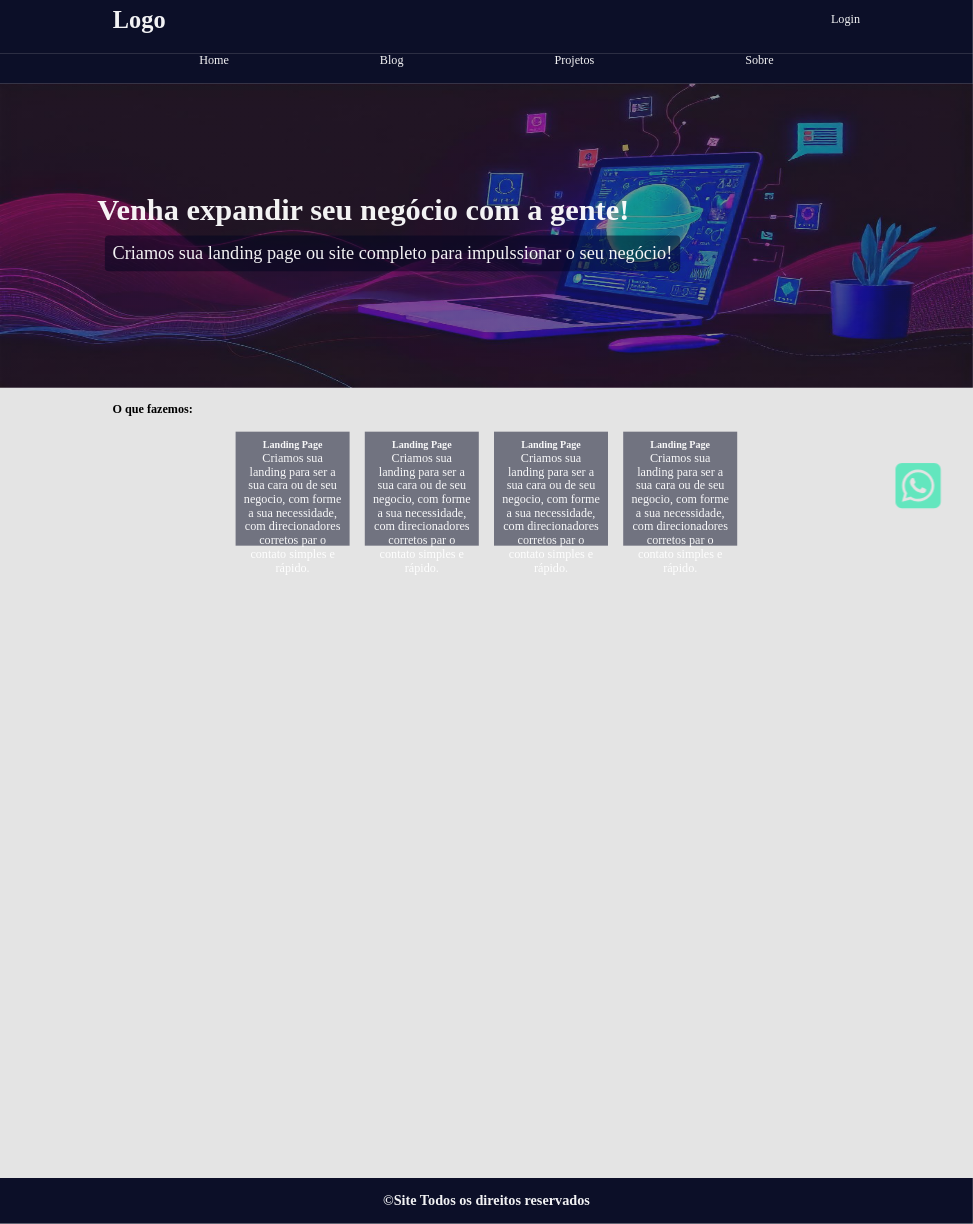
Repository: SauloMorais01/mysitefront-end
Page: index.html
An editor plug-in stored every save of this project. The page is shown before and after the next save, followed by the edit.
The browser window is 1280 px wide. The pictures show the whole page, at 76% of full size.
Some web libraries are served in a nearby version.

Above is the page before, as saved 2024-11-02 20:28:53.

### index.html
<!DOCTYPE html>
<html lang="pt-br">
<head>
    <meta charset="UTF-8">
    <meta name="viewport" content="width=device-width, initial-scale=1.0">
    <title>Titulo - status</title>
    <link rel="stylesheet" href="./src/css/style.css">
    <script src="./src/js/utils.js"></script>
    <script src="https://kit.fontawesome.com/0869671a59.js" crossorigin="anonymous"></script>
</head>
<body>
    <header class="primary-color hd-color-white">
        <div class="container">
            <div class="top-box flex">
                <div class="logo">
                    <a class="hd-color-white" href="/"><h1>Logo</h1></a>
                </div>
                <div class="login">
                    <a class="hd-color-white" href="/">Login</a>
                </div>
                <div class="hover-btn" id="hover-btn">
                    <i class="fa-solid fa-bars"></i>
                </div>
            </div>
        </div>
    </header>

    <section id="menu" class="sticky-top primary-color hd-color-white">
            <div class="container center">
                <a href="/">Home</a>
                <a href="./src/pages/blog.html">Blog</a>
                <a href="/">Projetos</a>
                <a href="/">Sobre</a>
            </div>
    </section>

    <section id="modal-mobile-menu" class="modal-mobile-menu hidden">
        <div class="container center">
            <div class="modal-div">
                <a class="hd-color-white" href="/">Home</a>
            </div>
            <div class="modal-div">
                <a class="hd-color-white" href="./src/pages/blog.html">Blog</a>
            </div>
           <div class="modal-div">
                <a class="hd-color-white" href="/">Projetos</a>
           </div>
            <div class="modal-div">
                <a class="hd-color-white" href="/">Sobre</a>
            </div>
        </div>
    </section>

    <main>
        <section class="info-top">
            <div class="container hd-color-white">
                <div class="info-top-top">
                    <h1>Venha expandir seu negócio com a gente!</h1>
                </div>
                <div class="info-top-p">
                    <p>Criamos sua landing page ou site completo para impulssionar o seu negócio!</p>
                </div>
            </div>
        </section>

        <section class="workflow">
            <div class="container">
                <div class="workflow-title">
                    <h4>O que fazemos:</h4>
                </div>

                <div class="workflow-content grid-temp">
                    <div class="box-workflow hd-color-white center">
                        <h5>Landing Page</h5>
                        <p>Criamos sua landing para ser a sua cara ou de seu negocio, com forme a sua necessidade, com direcionadores corretos par o contato simples e rápido.</p>
                    </div>

                    <div class="box-workflow hd-color-white center">
                        <h5>Landing Page</h5>
                        <p>Criamos sua landing para ser a sua cara ou de seu negocio, com forme a sua necessidade, com direcionadores corretos par o contato simples e rápido.</p>
                    </div>

                    <div class="box-workflow hd-color-white center">
                        <h5>Landing Page</h5>
                        <p>Criamos sua landing para ser a sua cara ou de seu negocio, com forme a sua necessidade, com direcionadores corretos par o contato simples e rápido.</p>
                    </div>

                    <div class="box-workflow hd-color-white center"><h5>Landing Page</h5>
                        <p>Criamos sua landing para ser a sua cara ou de seu negocio, com forme a sua necessidade, com direcionadores corretos par o contato simples e rápido.</p>
                    </div>
                </div>
            </div>
        </section>
    </main>

    <div class="divisor">

    </div>

    <footer class="primary-color center">
        <h3 class="hd-color-white">&copy;<strong>Site</strong> Todos os direitos reservados</h3>
    </footer>

    <div class="whatsapp-icon">
        <a href="https://wa.me/qr/ADJPBWX6RRFOD1"><img src="./src/img/icone/square-whatsapp-brands-solid.svg"></img></a>
    </div>

    <script src="./src/js/main.js"></script>

    <script>
        app.update();
    </script>


</body>
</html>

### src/css/style.css
/* Primary configs */
:root {
    /* Colors */
    /* Bases */
    --primary-color: 234, 94%, 6%,;
    --secondary-color: 184, 86%, 66%,;
    --body-color: 0, 0%, 89%,;
    --white-color: 0, 0%, 100%,;
    --black-color: 0, 0%, 0%,;
    /* End Bases */

    /* Variations colors */
    --primary-color-normal: hsla(var(--primary-color) 0.95);
    --primary-color-medium: hsla(var(--primary-color) 0.5);
    --primary-color-light: hsla(var(--primary-color) 0.250);

    --secondary-color-normal: hsla(var(--secondary-color) 0.95);
    --secondary-color-medium: hsla(var(--secondary-color) 0.5);
    --secondary-color-light: hsla(var(--secondary-color) 0.250);

    --body-color-normal: hsla(var(--body-color) 0.95);
    --body-color-medium: hsla(var(--body-color) 0.5);
    --body-color-light: hsla(var(--body-color) 0.250);

    --black-color-normal: hsla(var(--black-color) 0.95);
    --black-color-medium: hsla(var(--black-color) 0.5);
    --black-color-light: hsla(var(--black-color) 0.250);

    --white-color-normal: hsla(var(--white-color) 0.95);
    --white-color-medium: hsla(var(--white-color) 0.5);
    --white-color-light: hsla(var(--white-color) 0.250);
    /* End variations colors */
    /* End Colors */

    /* Conf Sizes */
    --container-larger-l: 80%;
    --container-larger-m: 80%;
    --container-larger-s: 80%;
    --container-tablet: 90%;
    --container-small-d: 95%;
    --grid-width: 300px;
    --grid-height: 300px;
    /* End conf Sizes */
}

/* Global */
* {
    box-sizing: border-box;
    margin: 0;
    padding: 0;
}
/* End global */

/* pagina */
body {
    background: var(--body-color-normal);
    height: 100%;
}

html {
    height: 100%;
}

a {
    list-style: none;
    text-decoration: none;
}


main {
    height: 100vh;
}

footer {
    height: 60px;
}

footer h3 {
    padding-top: 1.2rem;
}

.modal-mobile-menu {
    height: 90vh;
    width: 90vw;
    padding-top: 20px;
    /* background: var(--white-color-normal); */
    background-image: linear-gradient(180deg, #303657, #444963);
    position: absolute;
    top: 5%;
    right: 5%;
    z-index: 1000;
    border-radius: 10px;
    border: 5px solid var(--secondary-color-normal);
    display: flex;
    flex-direction: row;
    justify-content: space-between;
}

.modal-div {
    background: var(--primary-color-light);
    margin: 10px 2.5%;
    padding: 10px;
    border-radius: 5px;
}

.modal-mobile-menu a {
    font-family: Impact, Haettenschweiler, 'Arial Narrow Bold', sans-serif;
    position: relative;
}

.menuAnimation {
    animation-duration: 0.25s;
    animation-name: menuAnim;
}

.menuAnimationRev {
    animation-duration: 0.25s;
    animation-name: menuAnimReverse;
}

.whatsapp-icon {
    position: fixed;
    bottom: 6%;
    right: 3%;
}

.whatsapp-icon img {
    width: 68px;
    height: 68px;
    animation-duration: 1s;
    animation-name: esvanecer;
    animation-iteration-count: infinite;
}

.workflow {
    margin-top: 20px;
    height: 40vh;
}

.workflow-title {
    margin-left: 20px;
    margin-top: 20px;
}

.box-workflow {
    text-align: justify;
    height: 150px;
    width: 150px;
    margin: 10px;
    background-color:var(--primary-color-medium);
    padding: 10px;
    margin-top: 20px;
}

.divisor {
    height: 100vh;
}

footer {
    width: 100%;
    bottom: 0;
}

/* Animation */
@keyframes menuAnim {
    from {
        right: -100%;
      }

      to {
        right: 5%;
      }
}

@keyframes menuAnimReverse {
    from {
        right: 5%;
      }

      to {
        right: -100%;
      }
}

@keyframes esvanecer {
    0% {
        opacity: 100%;
      }

      50% {
        opacity: 50%;
      }

      100% {
        opacity: 100%;
      }
}

/* end pagina */

/* Utils */
.flex {
    display: flex;
}

.sticky-top {
    position: sticky;
    top: 0;
}

.center {
    text-align: center;
}

.right {
    text-align: right;
}

.left {
    text-align: left;
}

.grid-temp {
    display: flex;
    flex-direction: row;
    flex-wrap: wrap;
    /* align-items:center; */
    justify-content: center;
}

.primary-color{
    background: var(--primary-color-normal);
}

.secondary-color{
    background: var(--secondary-color-normal);
}

.hd-color-black {
    color: var(--black-color-normal);
}

.hd-color-white {
    color: var(--white-color-normal);
}

.hidden {
    display: none;
}
/* End utils */



/* Responsividade */
@media (max-width: 575.99px) {
    .container {
        margin: 0 auto;
        width: var(--container-small-d);
    }

    header {
        height: 40px;
    }

    #menu {
        height: 40px;
        display:none;
    }

    #menu a {
        color: var(--white-color-normal);
        margin: 5px 2%;
        padding: 10px 5%;
    }

    #menu a:hover {
        background-color: var(--secondary-color-light);
        border-radius: 5px;
    }

    .hover-btn {
        position: absolute;
        right: 1rem;
        padding-top: 10px;
    }

    .hover-btn:hover {
        background: var(--primary-color-light);
        cursor: pointer;
    }

    .top-box {
        position: relative;
        padding-top: 2px;
    }

    .logo {
        position: absolute;
        left: 1%;
        font-size: 0.8rem;
    }

    .login {
        position: absolute;
        margin-top: 2px;
        right: 1%;
        display: none;
    }

    /* Main */
    .info-top{
        /* background: #4f0c6e; */
        height: 250px;
        background-image: linear-gradient(50deg, #2222227a, #2222227a), url(../img/freepik__generate-images-about-web-development__7459.jpeg);
        background-position: center;
        background-size: 100% 100%;
        display: flex;
        align-items: center;
        justify-content: center;
        /* background-repeat: no-repeat; */
    }

    .info-top h1 {
        font-size: 1.25rem;
    }

    .info-top p {
        text-align: center;
        font-size: 0.8rem;
        width: fit-content;
        font-size: 0.8rem;
        background: var(--primary-color-medium);
        border-radius: 5px;
        padding: 10px;
        font-family: Impact, Haettenschweiler, 'Arial Narrow Bold', sans-serif;
    }
}

@media (min-width: 576px) {
    .container {
        margin: 0 auto;
        width: var(--container-small-d);
    }

    header {
        height: 40px;
    }

    #menu {
        height: 40px;
        display:none;
    }

    #menu a {
        color: var(--white-color-normal);
        margin: 5px 2%;
        padding: 10px 5%;
    }

    #menu a:hover {
        background-color: var(--secondary-color-light);
        border-radius: 5px;
    }

    .top-box {
        position: relative;
        padding-top: 3px;
    }

    .logo {
        position: absolute;
        left: 1%;
        font-size: 0.8rem;
    }

    .login {
        position: absolute;
        margin-top: 3px;
        right: 1%;
        display: none;
    }

    .hover-btn {
        position: absolute;
        right: 1rem;
        padding-top: 10px;
    }

    .hover-btn:hover {
        background: var(--primary-color-light);
        cursor: pointer;
    }

    .top-box {
        position: relative;
        padding-top: 2px;
    }

    /* Main */
    .info-top{
        /* background: #4f0c6e; */
        height: 250px;
        background-image: linear-gradient(50deg, #2222227a, #2222227a), url(../img/freepik__generate-images-about-web-development__7459.jpeg);
        background-position: center;
        background-size: 100% 100%;
        display: flex;
        align-items: center;
        justify-content: center;
        /* background-repeat: no-repeat; */
    }

    .info-top h1 {
        font-size: 1.25rem;
    }

    .info-top p {
        text-align: center;
        width: fit-content;
        font-size: 0.8rem;
        background: var(--primary-color-medium);
        border-radius: 5px;
        padding: 10px;
    }
}

/* Medium devices (tablets, 768px and up) */
@media (min-width: 768px) {
    .container {
        margin: 0 auto;
        width: var(--container-tablet);
    }

    header {
        height: 50px;
    }

    #menu {
        height: 40px;
        display:none;
    }

    #menu a {
        color: var(--white-color-normal);
        margin: 5px 3%;
        padding: 10px 5%;
    }

    #menu a:hover {
        background-color: var(--secondary-color-light);
        border-radius: 5px;
    }

    .top-box {
        position: relative;
        padding-top: 6px;
    }

    .logo {
        position: absolute;
        left: 2%;
        font-size: 1rem;
    }

    .login {
        position: absolute;
        margin-top: 6px;
        right: 2%;
        display: none;
    }

    .hover-btn {
        position: absolute;
        right: 1rem;
        padding-top: 10px;
    }

    .hover-btn:hover {
        background: var(--primary-color-light);
        cursor: pointer;
    }

    .top-box {
        position: relative;
        padding-top: 2px;
    }

    /* Main */
    .info-top{
        /* background: #4f0c6e; */
        height: 300px;
        background-image: linear-gradient(50deg, #2222227a, #2222227a), url(../img/freepik__generate-images-about-web-development__7459.jpeg);
        background-position: center;
        background-size: 100% 100%;
        display: flex;
        align-items: center;
        justify-content: center;
        /* background-repeat: no-repeat; */
    }

    .info-top h1 {
        font-size: 1.5rem;
    }

    .info-top p {
        margin: 10px;
        font-size: 1.0rem;
    }
}

/* Large devices (desktops, 992px and up) */
@media (min-width: 992px) {
    .container {
        margin: 0 auto;
        width: var(--container-larger-s);
    }

    header {
        height: 60px;
    }

    #menu {
        height: 40px;
        display: block;
    }

    #menu a {
        color: var(--white-color-normal);
        margin: 5px 4%;
        padding: 10px 5%;
    }

    #menu a:hover {
        background-color: var(--secondary-color-light);
        border-radius: 5px;
    }

    .top-box {
        position: relative;
        padding-top: 8px;
    }

    .logo {
        position: absolute;
        left: 2%;
    }

    .login {
        position: absolute;
        margin-top: 8px;
        right: 2%;
        display: block;
    }

    .hover-btn {
        position: absolute;
        right: 1rem;
        padding-top: 10px;
        display: none;
        padding: 10px;
    }

    .hover-btn:hover {
        background: var(--primary-color-light);
        cursor: pointer;
    }


    /* Main */
    .info-top{
        /* background: #4f0c6e; */
        height: 350px;
        background-image: linear-gradient(50deg, #2222227a, #2222227a), url(../img/freepik__generate-images-about-web-development__7459.jpeg);
        background-position: center;
        background-size: 100% 100%;
        display: flex;
        align-items: center;
        justify-content: center;
        /* background-repeat: no-repeat; */
    }

    .info-top h1 {
        font-size: 2.0rem;
    }

    .info-top p {
        font-size: 1.0rem;
    }
}

/* X-Large devices (large desktops, 1200px and up) */
@media (min-width: 1200px) {
    .container {
        margin: 0 auto;
        width: var(--container-larger-m);
    }

    header {
        height: 70px;
    }

    #menu {
        height: 40px;
        display: block;
    }

    #menu a {
        color: var(--white-color-normal);
        margin: 5px 4.5%;
        padding: 10px 5%;
    }

    #menu a:hover {
        background-color: var(--secondary-color-light);
        border-radius: 5px;
    }

    .top-box {
        position: relative;
        padding-top: 8px;
    }

    .logo {
        position: absolute;
        left: 2%;
    }

    .login {
        position: absolute;
        margin-top: 8px;
        right: 2%;
    }

    /* Main */
    .info-top{
        /* background: #4f0c6e; */
        height: 400px;
        background-image: linear-gradient(50deg, #2222227a, #2222227a), url(../img/freepik__generate-images-about-web-development__7459.jpeg);
        background-position: center;
        background-size: 100% 100%;
        display: flex;
        align-items: center;
        justify-content: center;
        /* background-repeat: no-repeat; */
    }

    .info-top h1 {
        font-size: 2.5rem;
    }

    .info-top p {
        font-size: 1.5rem;
    }
}

/* XX-Large devices (larger desktops, 1400px and up) */
@media (min-width: 1400px) {
    .container {
        margin: 0 auto;
        width: var(--container-larger-l);
    }

    header {
        height: 75px;
    }

    #menu {
        height: 40px;
        display: block;
    }

    #menu a {
        color: var(--white-color-normal);
        margin: 5px 5%;
        padding: 10px 5%;
        font-family: 'Trebuchet MS', 'Lucida Sans Unicode', 'Lucida Grande', 'Lucida Sans', Arial, sans-serif;
        font-weight: bold;
    }

    #menu a:hover {
        background-color: var(--secondary-color-light);
        border-radius: 5px;
    }

    .top-box {
        position: relative;
        padding-top: 10px;
    }

    .logo {
        position: absolute;
        left: 2%;
    }

    .login {
        position: absolute;
        margin-top: 10px;
        right: 2%;
    }

    /* Main */
    .info-top{
        /* background: #4f0c6e; */
        height: 400px;
        background-image: linear-gradient(50deg, #2222227a, #2222227a), url(../img/freepik__generate-images-about-web-development__7459.jpeg);
        background-position: center;
        background-size: 100% 100%;
        display: flex;
        align-items: center;
        justify-content: center;
        /* background-repeat: no-repeat; */
    }

    .info-top h1 {
        font-size: 2.5rem;
        font-family: monospace;
    }

    .info-top p {
        font-size: 1.5rem;
        font-family: Impact, Haettenschweiler, 'Arial Narrow Bold', sans-serif;
    }
}
/* End responsividade */

### src/js/utils.js
class MenuController {
    /**
     * @param {HTMLElement} btnMenu
     * @param {HTMLElement} menuHover
     */
    constructor(btnMenu, menuHover) {
        this.btnMenuRoot = btnMenu
        this.menuHoverRoot = menuHover;
    }

    /**
     * @returns {HTMLElement} menuHover
     */
    get menuHoverRoot() {
        return this._menuHover
    }

    /**
     * @param {HTMLElement} root
     */
    set menuHoverRoot(root) {
        return this._menuHover = root;
    }

    /**
     * @returns {HTMLElement} btnMenu
     */
    get btnMenuRoot() {
        return this._btnMenu
    }

    /**
     * @param {HTMLElement} root
     */
    set btnMenuRoot(root) {
        return this._btnMenu = root;
    }

    /**
     * @returns {void}
     */
    showMenu() {
        this.btnMenuRoot.onclick = () => {
            if(this.menuHoverRoot.classList.contains('hidden')) {
                this.menuHoverRoot.classList.remove('hidden');
                this.menuHoverRoot.classList.add('menuAnimation');
                this.menuHoverRoot.classList.remove('menuAnimationRev');
            } else {
                this.menuHoverRoot.classList.remove('menuAnimation');
                this.menuHoverRoot.classList.add('menuAnimationRev');
                return setTimeout(() => {
                    this.menuHoverRoot.classList.add(`hidden`);
                }, 235);
            }
            clearTimeout(this);
        }
    }
}

### src/js/main.js
class Main {
    constructor() {
        this.btnMenu = document.getElementById('hover-btn');
        this.hoverMenu = document.getElementById('modal-mobile-menu');
        this.menuController = new MenuController(this.btnMenu, this.hoverMenu);
    }

    /**
     * @param {HTMLElement} root
     */
    set btnMenu(root) {
        return this._menuBtn = root;
    }

    /**
     * @returns {HTMLElement} btnMenu
     */
    get btnMenu() {
        return this._menuBtn
    }

    /**
     * @param {HTMLElement} root
     */
    set hoverMenu(root) {
        return this._hoverMenu = root;
    }

    /**
     * @returns {HTMLElement} hoverMenu
     */
    get hoverMenu() {
        return this._hoverMenu
    }


    update() {
        this.menuController.showMenu();
    }
}


const app = new Main();

After the next save:
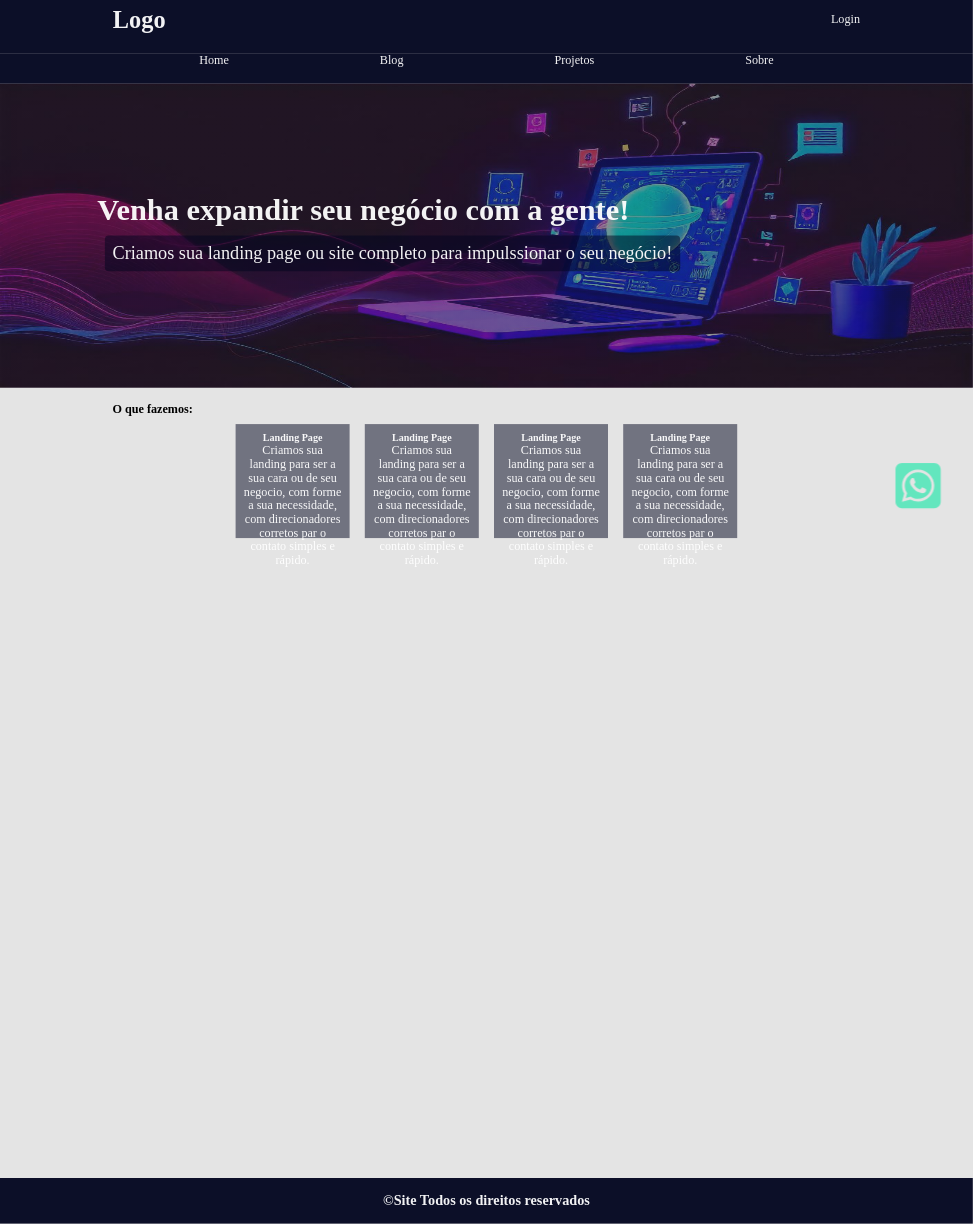
Saved 15 s later.
--- a/src/css/style.css
+++ b/src/css/style.css
@@ -149,7 +149,7 @@ footer h3 {
     margin: 10px;
     background-color:var(--primary-color-medium);
     padding: 10px;
-    margin-top: 20px;
+    margin-top: 10px;
 }
 
 .divisor {
